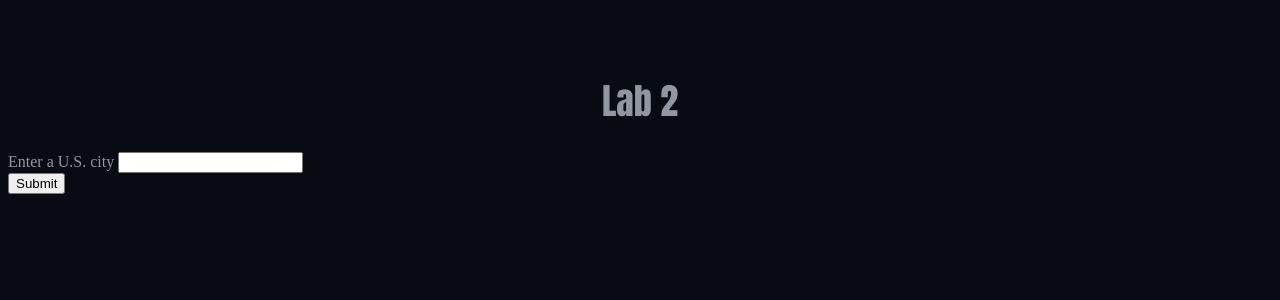
Repository: aedawes/cs260
Page: weather-app-aedawes/index.html
An editor plug-in stored every save of this project. The page is shown before and after the next save, followed by the edit.
The browser window is 1280 px wide. The pictures show the whole page.
Some web libraries are served in a nearby version.

Above is the page before, as saved 2022-02-14 20:14:38.

### weather-app-aedawes/index.html
<!DOCTYPE html>
<html lang="en">

<head>
  <meta charset="utf-8" />
  <title>Lab 2</title>
  <link rel="stylesheet" href="/styles.css">
</head>

<body>

  <h1>Lab 2</h1>
  <form onsubmit="current(event)">
    <label>Enter a U.S. city</label>
    <input id="weatherInput" type="text"></input><br/>
    <input id="weatherSubmit" type="submit" value="Submit"></input>
  </form>
  <div id="weatherResults"></div>
  <div id="forecastResults"></div>
  <div id="radiationResults"></div>

  <script src="https://cdnjs.cloudflare.com/ajax/libs/moment.js/2.24.0/moment.min.js" integrity="sha256-4iQZ6BVL4qNKlQ27TExEhBN1HFPvAvAMbFavKKosSWQ=" crossorigin="anonymous"></script>
  <script text="type/javascript" src="/script.js">
  </script>
</body>
</html>

### styles.css
body {
    color: #9197a1;
    background-color: #090b12;
}

@media only screen and (min-device-width: 401px) {
/* Add a black background color to the top navigation */
    .topnav {
        background-color: #cfb2b2;
        overflow: hidden;
        position: fixed;
        top: 0;
        width: 100%;
    }

    #home {
        float: left;
    }
    /* Style the links inside the navigation bar */
    .topnav a {
        float: right;
        display: block;
        color: #2f3847;
        text-align: center;
        padding: 14px 16px;
        text-decoration: none;
        font-size: 17px;
    }

    /* Change the color of links on hover */
    .topnav a:hover {
        background-color: #ddd;
        color: black;
    }

    /* Add an active class to highlight the current page */
    .topnav a.active {
        background-color: #2f3847;
        color: white;
    }

    /* Hide the link that should open and close the topnav on small screens */
    .topnav .icon {
        display: none;
    }

    #title {
        padding-top: 75px;
    }
}

@media only screen and (max-device-width: 400px) {
    /* Add a black background color to the top navigation */
    .topnav {
        background-color: #cfb2b2;
        overflow: hidden;
        position: fixed;
        top: 0;
        width: 100%;
    }

    .menu div{
        width: 35px;
        height: 5px;
        background-color: #2f3847;
        margin: 6px 0;
    }

    #theMenu {
        float: right;
        padding-right: 20px;
        padding-top: 3px;
    }

    #home {
        float: left;
    }

    #links {
        display: none;
    }
    /* Style the links inside the navigation bar */
    .topnav a {
        color: #2f3847;
        display: block;
        /*text-align: center;*/
        padding: 14px 16px;
        text-decoration: none;
        font-size: 17px;
    }
    /* Change the color of links on hover */
    .topnav a:hover {
        background-color: #ddd;
        color: black;
    }

    /* Add an active class to highlight the current page */
    .topnav a.active {
        background-color: #2f3847;
        color: white;
    }

    /* Hide the link that should open and close the topnav on small screens */
    .topnav a.icon {
        display: block;
        background: #2f3847;
        position: absolute;
        right: 0;
        top: 0;
    }
}

h1 {
    padding-top: 50px;
    font-size: 36px;
    font-family: Impact, sans-serif;
    text-align: center;
    display: block;
}

h2 {
    font-size: 28px;
    font-family: sans-serif;
}

p, ul, ol, a {
    font-family: sans-serif;
    color: #9197a1
}

.about {
    background-color: #2f3847;

    width: 500px;
    box-sizing: border-box;
    margin: 20px auto;
    padding: 20px;
    border-radius: 25px;
}

.imagesOfMe {
    display: flex;
    justify-content: center;
    flex-wrap: wrap;
    flex-direction: row;
}

#DevsWedding {
    max-height: 250px;
    max-width: 250px;
    width: 250px;
    height: 250px;
    margin: 10px;
}

#Camera {
    max-height: 250px;
    max-width: 250px;
    width: 250px;
    height: 250px;
    margin: 10px;
}
#Mav {
    max-height: 250px;
    max-width: 250px;
    width: 250px;
    height: 250px;
    margin: 10px;
}

.projects {
    background-color: #2f3847;

    width: 500px;
    box-sizing: border-box;
    margin: 20px auto;
    padding: 20px;
    border-radius: 25px;
}

.experience {
    background-color: #2f3847;

    width: 500px;
    box-sizing: border-box;
    margin: 20px auto;
    padding: 20px;
    border-radius: 25px;
}

.contact {
    background-color: #2f3847;

    width: 500px;
    box-sizing: border-box;
    margin: 20px auto;
    padding: 20px;
    border-radius: 25px;
}

.projects li {
    padding: 10px;
}

.experience li {
    padding: 10px;
}

.contact li {
    padding: 10px;
}

Loaded but not shown: script.js (no stored copy; drawn as an empty file)

After the next save:
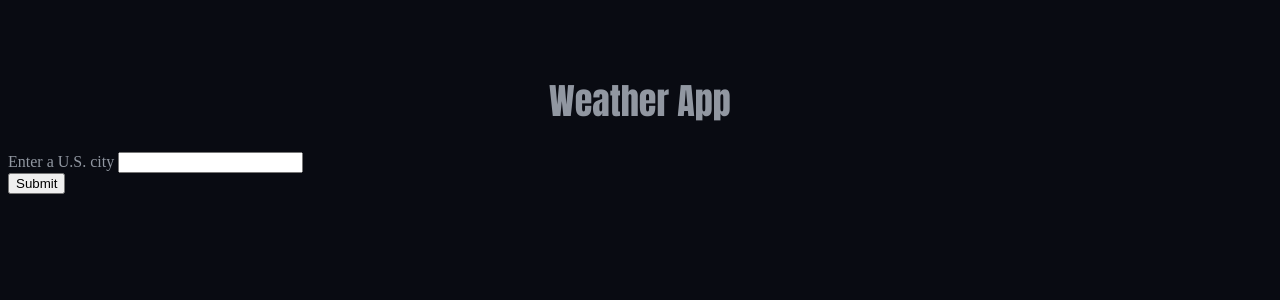
Saved 97 s later.
--- a/weather-app-aedawes/index.html
+++ b/weather-app-aedawes/index.html
@@ -9,7 +9,10 @@
 
 <body>
 
-  <h1>Lab 2</h1>
+  <div class="header">
+    <h1>Weather App</h1>
+  </div>
+
   <form onsubmit="current(event)">
     <label>Enter a U.S. city</label>
     <input id="weatherInput" type="text"></input><br/>
